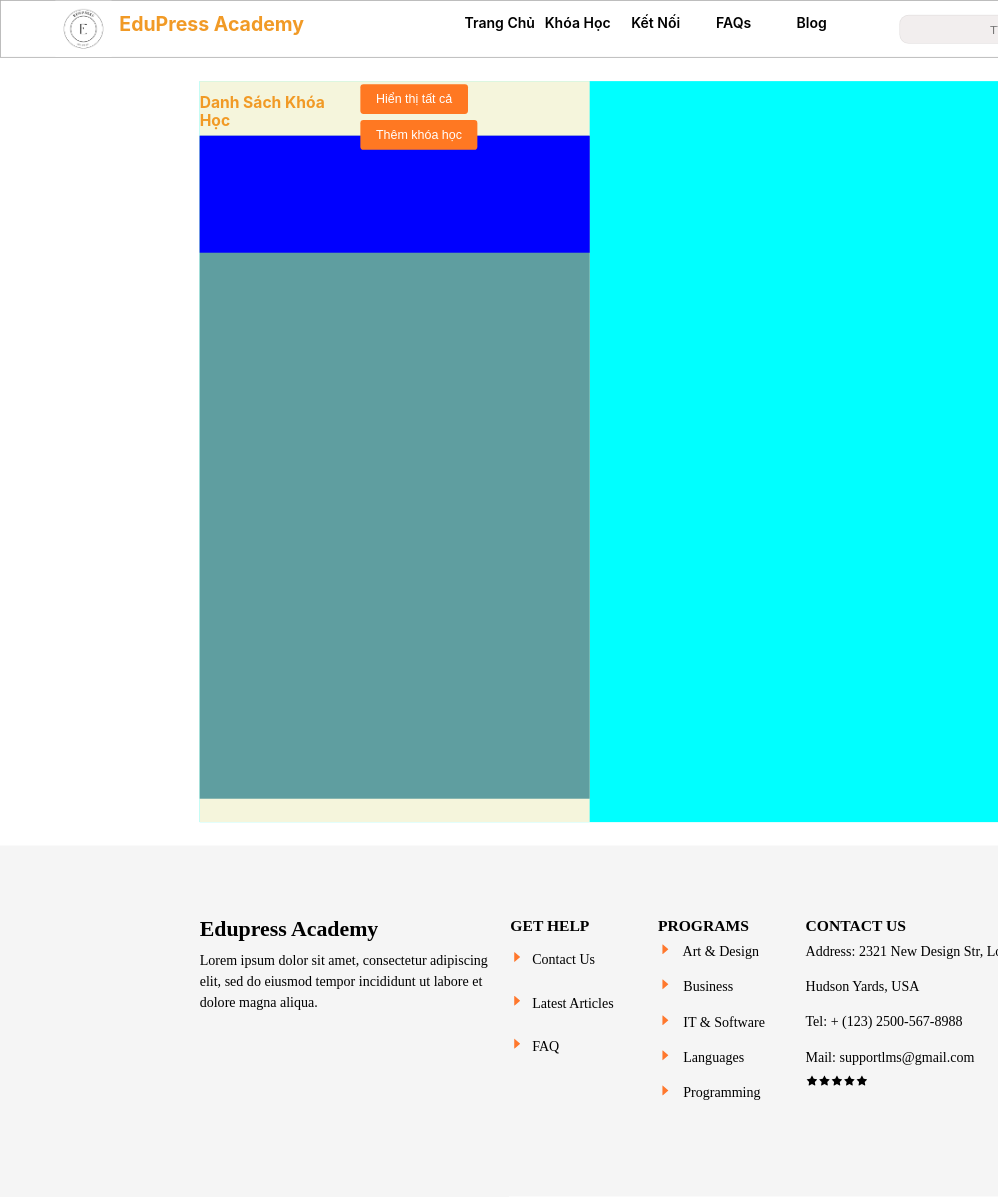
Repository: hieu1802/WebsiteEdupress
Page: /Management (app in my-app/Fontend/)
The author's editor kept a copy of each file at every save. The page is drawn from the files as they stood at one save, then again after the next save.
The browser window is 1280 px wide. The pictures show the whole page, at 78% of full size.
The page's requests for data from a server got no answer. The project was rebuilt for these pictures with package versions that can differ from the ones it lists, and the page was loaded fresh each time. No one was signed in, and anything a server would have sent is missing. Also part of the build but not shown: my-app/Fontend/src/App.css, my-app/Fontend/src/Components/data/topCategories.jsx, my-app/Fontend/src/Components/HomePage/ContainerPage.jsx, my-app/Fontend/src/Components/HomePage/HomePage.jsx, my-app/Fontend/src/Components/Login/Login.css, my-app/Fontend/src/Components/Modal/Modal.css, my-app/Fontend/src/Components/Modal/Modal.jsx, my-app/Fontend/src/Components/Login/Login.jsx and 41 more.

Above is the page before, as saved 2024-11-03 12:46:33.

### my-app/Fontend/src/App.jsx
import logo from "./logo.svg";
import "./App.css";
import HomePage from "./Components/HomePage/HomePage.jsx";
import { BrowserRouter as Router, Routes, Route } from "react-router-dom";
import Login from "./Components/Login/Login";
import Register from "./Components/Register/Register";
import AdminPage from "./Components/AdminPage/AdminPage";
import LostPass from "./Components/LostPass/LostPass";
import CouresPage from "./Components/CouresPage/CouresPage.jsx";
import BlogPage from "./Components/BlogPage/BlogPage.jsx";
import ProtectedRoute from "./Components/ProtectedRoute.jsx";
import InfoCustomer from "./Components/InfoCustomer/InfoCustomer.jsx";
import CourseDetail from "./Course-detail/Coursedetail.js";
import DeleteAccount from "./Components/DeleteAccount/DeleteAccount.jsx";
import ContactPage from "./Components/ContactPage/ContactPage.jsx";
import FAQs from "./Components/FAQs/FAQs.jsx";
import Management from "./Components/Management/Management.jsx";


function App() {
  return (
    <>
      <Router>
        <Routes>
          <Route path="/" element={<HomePage />} />
          <Route path="/login" element={<Login />} />
          <Route path="/register" element={<Register />} />
          <Route path="/Management" element={<Management />} />
          <Route
            path="/admin"
            element={<ProtectedRoute component={AdminPage} />}
          />
          <Route path="/lostPass" element={<LostPass />} />
          <Route path="/CouresPage" element={<CouresPage />} />
          <Route path="/info-customer" element={<InfoCustomer />} />
          <Route path="/BlogPage" element={<BlogPage />} />
          <Route path="/Coursedetail" element={<CourseDetail />} />
          <Route path="/Coursedetail/:id" element={<CourseDetail />} />
          <Route path="/delete-account" element={<DeleteAccount />} />
          <Route path="/ContactPage" element={<ContactPage />} />
          <Route path="/FAQsPage" element={<FAQs />} />
        </Routes>
      </Router>
    </>
  );
}

export default App;

### my-app/Fontend/src/Components/Management/Management.jsx
import React from 'react'
import Header from '../HomePage/Header'
import Footer from '../HomePage/Footer'
import ContainerManagement from './ContainerManagement'
import './Management.css'

function Management() {
  return (
    <>
      <Header/>
      <ContainerManagement/>
      <Footer/>
    </>
  )
}

export default Management

### my-app/Fontend/src/Components/HomePage/Footer.jsx
import React from 'react'
import { AiFillStar,AiFillCaretRight } from "react-icons/ai";

function Footer() {
  return (
    <div className='footerPage'>
        <div className='footerContaier'>
            <div className='footerEdupress'>
                <h2>Edupress Academy</h2>
                <p>Lorem ipsum dolor sit amet, consectetur adipiscing elit, sed do eiusmod tempor incididunt ut labore et dolore magna aliqua.</p>
            </div>
            <div className='footerHelp'>
                <h2>GET HELP</h2>
                <a href='#'><AiFillCaretRight  style={{color:'FF782D', marginRight:'10px'}}/>Contact Us</a>
                <a href='#'><AiFillCaretRight  style={{color:'FF782D', marginRight:'10px'}}/>Latest Articles</a>
                <a href='#'><AiFillCaretRight  style={{color:'FF782D', marginRight:'10px'}}/>FAQ </a>
            </div>
            <div className='footerPrograms'>
                <h2>PROGRAMS</h2>
                <a href='#'><AiFillCaretRight  style={{color:'FF782D', marginRight:'10px'}}/> Art & Design</a>
                <a href='#'><AiFillCaretRight  style={{color:'FF782D', marginRight:'10px'}}/> Business</a>
                <a href='#'><AiFillCaretRight  style={{color:'FF782D', marginRight:'10px'}}/> IT & Software </a>
                <a href='#'><AiFillCaretRight  style={{color:'FF782D', marginRight:'10px'}}/> Languages </a>
                <a href='#'><AiFillCaretRight  style={{color:'FF782D', marginRight:'10px'}}/> Programming </a>
            </div>
            <div className='footerContact'>
                <h2>CONTACT US</h2>
                <p>Address: 2321 New Design Str, Lorem Ipsum10 Hudson Yards, USA</p>
                <p>Tel: + (123) 2500-567-8988<br/>
                Mail: supportlms@gmail.com</p>
                <span><AiFillStar/><AiFillStar/><AiFillStar/><AiFillStar/><AiFillStar/></span>
            </div>
        </div>
    </div>
  )
}

export default Footer

### my-app/Fontend/src/Components/AdminPage/AdminPage.css
.admin {
  font-family: Arial, sans-serif;
  padding: 20px;

  h1 {
    color: #ff7822;
  }

  h2 {
    color: #ff7822;
    margin-top: 30px;
  }

  table.listAcc {
    width: 100%;
    border-collapse: collapse;
    margin-top: 20px;

    th,
    td {
      border: 1px solid #ddd;
      padding: 8px;
      text-align: left;
    }

    th {
      background-color: #ff7822;
      color: white;
    }

    tr:nth-child(even) {
      background-color: #f2f2f2;
    }

    tr:hover {
      background-color: #ddd;
    }

    select {
      padding: 5px;
      border-radius: 4px;
      border: 1px solid #ccc;
    }
  }
}

button {
  background-color: #ff7822;
  color: white;
  border: none;
  padding: 10px 20px;
  text-align: center;
  text-decoration: none;
  display: inline-block;
  font-size: 16px;
  margin: 4px 2px;
  cursor: pointer;
  border-radius: 4px;
}

button:hover {
  background-color: #e56b1f;
}

form {
  margin-top: 20px;

  input[type="text"],
  input[type="password"],
  select {
    width: 100%;
    padding: 12px 20px;
    margin: 8px 0;
    display: inline-block;
    border: 1px solid #ccc;
    border-radius: 4px;
    box-sizing: border-box;
  }

  button {
    width: 100%;
    background-color: #ff7822;
    color: white;
    padding: 14px 20px;
    margin: 8px 0;
    border: none;
    border-radius: 4px;
    cursor: pointer;
  }

  button:hover {
    background-color: #e56b1f;
  }

  .input-group {
    position: relative;

    input[type="password"],
    input[type="text"] {
      padding-right: 40px;
    }

    .toggle-password-visibility {
      position: absolute;
      right: 10px;
      top: 50%;
      transform: translateY(-50%);
      cursor: pointer;
      color: #555;
    }
  }
}

@media (max-width: 480px) {
  .admin {
    padding: 10px;
  }

  table.listAcc {
    font-size: 12px;
  }

  th,
  td {
    padding: 6px;
  }

  .toggle-password-visibility {
    right: 5px;
  }

  form {
    margin-top: 10px;
  }

  input[type="text"],
  input[type="password"],
  select {
    padding: 10px;
    font-size: 14px;
  }

  button {
    padding: 10px 15px;
    font-size: 14px;
  }
}

### my-app/Fontend/src/Components/BlogPage/BlogPage.css
*{
    margin: 0;
    padding: 0;
}

.blogContainer{
    width: 1175px;
    height: 950px;
    margin-left: 20%;
    display: flex;
    margin-top: 30px;
}

.blogMain{
    width: 900px;
    height: 100%;
}

.blogTitle{
    width: 100%;
    height: 80px;
}

.blogTitle > h1{
    font-family: Exo;
    font-size: 36px;
    font-weight: 600;
    line-height: 43.2px;
    text-align: left;
    color: #000;
}

.blogDetail{
    width: 100%;
    height: 850px;
}

.blogImg{
    width: 100%;
    height: 500px;
}

.blogContent{
    width: 100%;
    height: 250px;
    margin-top: 15px;
    margin-bottom: 15px;
}

.blogContent > p{
    font-family: Jost;
    font-size: 18px;
    font-weight: 400;
    line-height: 27px;
    text-align: left;
}

.blogTag{
    width: 100%;
    height: 40px;
    display: flex;
}

.boxTags{
    width: 100px;
    height: 30px;
    border: 1px solid #000;
    text-align: center;
    padding-top: 5px;
    font-size: 16px;
    font-weight: 500;
    margin-right: 10px;
}

.blogSideBar{
    width: 275px;
    height: 800px;
    border: 1px solid #0000003d;
}

.category{
    width: 90%;
    height: 250px;
    margin-left: 10px;
}

.categoryNav{
    display: flex;
    justify-content: space-between;
    margin-bottom: 10px;
}

.buttonAdd{
   font-size: 18px;
   color: red;
   cursor: pointer;
}

.content{
    width: 900px;
    height: 500px;
    position: absolute;
    background-color: rgba(0, 0, 0, 0.9);
    top: 100px;
    left:auto;
    color: aliceblue;
}

.title{
    margin-left: 50px;
}

.formInput{
    width: 50% !important;
    height: 30px !important;
    margin-left:25px !important ;
    margin-bottom: 30px !important;
}

.textInput{
    width: 50%;
    height: 200px;
    margin-left: 10px;
}

.imgInput{
    margin-left: 15px;
    margin-top: 30px;
    margin-bottom: 30px;
}
.category > h4{
    font-family: Exo;
    font-size: 20px;
    font-weight: 600;
    line-height: 24px;
    text-align: left;
    margin-bottom: 20px;
}

.cateBox{
    width: 100%;
    height: 30px;
    display: flex;
    justify-content: space-between;

}

.boxRecent{
    width: 90%;
    height: 350px;
    margin-left: 10px;
}

.boxRecent > h4{
    font-family: Exo;
    font-size: 20px;
    font-weight: 600;
    line-height: 24px;
    text-align: left;
}

.articles{
    width: 100%;
    height: 90px;
    display: flex;
    margin: 0;
    margin-top: 15px;
    cursor: pointer;
}

.articlesImg{
    width: 40%;
    height: 100%;
}

.articlesImg > img{
    width: 100%;
    height: 100%;
}

.articlesContents{
    width: 60%;
    height: 90px;

}

.articlesContents > p{
    font-family: Jost;
    font-size: 16px;
    font-weight: 500;
    line-height: 24px;
    text-align: left;
    margin-left: 5px;
    margin-top: 5px;
}

.tags{
    width: 90%;
    height: 150px;
    margin-left: 10px;
    margin-top: 10px;
}

.tags > h4{
    font-family: Exo;
    font-size: 20px;
    font-weight: 600;
    line-height: 24px;
    text-align: left;
    margin-bottom: 10px;
}

.hastag{
    width: 100%;
    height: 100px;
    display: grid;
    grid-template-columns: 1fr 1fr;
}

### my-app/Fontend/src/Components/ContactPage/Contact.css
*{
    margin: 0;
    padding: 0;
}

.contactContainer{
    width: 1175px;
    height: 900px;
    margin-left: 20%;
    margin-top: 30px;
}

.contactBox{
    width: 100%;
    height: 450px;
    display: flex;
}

.contactInf{
    width: 400px;
    height: 300px;
}
.contactInf > h1{
    font-family: Exo;
    font-size: 36px;
    font-weight: 600;
    line-height: 43.2px;
    text-align: left;
    color: #000;
}

.info{
    width: 100%;
    height: 200px;
    margin-top: 30px;
}

.info > p{
    font-family: Jost;
    font-size: 18px;
    font-weight: 400;
    line-height: 27px;
    text-align: left;
}

.infoPhone{
    width: 250px;
    height: 50px;
    margin-top: 15px;
    display: flex;
}

.iconsInfo{
    width: 60px;
    height: 50px;
}

.iconsInfo > img{
    width: 100%;
    height: 100%;
}

.textInfo{
    width: 180px;
    height: 50px;
    margin-left: 10px;
    display: flex;
    flex-direction: column;
    justify-content: space-between;
}

.contactMap{
    width: 700px;
    height: 450px;
    margin-left: 30px;
    border-radius: 20px;
}

.contactMap > img{
    width: 100%;
    height: 100%;
    border-radius: 20px;
}

.contactUs{
    width: 100%;
    height: 400px;
    margin-top: 150px;
}

### my-app/Fontend/src/Components/FAQs/FAQs.css
*{
    padding: 0;
    margin: 0;
}

.ContainerFAQs{
    width: 1175px;
    height: 600px;
    margin-left: 20%;
    margin-top: 30px;
}

.ContainerFAQs > p{
    font-size: 16px;
    margin-top: 10px;
    margin-bottom: 10px;

}

.ContainerFAQs > img {
    width: 100%;
    height: 100%;
}

### my-app/Fontend/src/Components/Management/ContainerManagement.jsx
import React from 'react'
import ManagementCourse from './ManagementCourse'


function ContainerManagement() {
  return (
    <div className='managementContainer'>
      <ManagementCourse/>
    </div>
  )
}

export default ContainerManagement

### my-app/Fontend/src/Components/Management/Management.css
*{
    margin: 0;
    padding: 0;
}

.managementContainer{
    width: 1175px;
    height: 950px;
    margin-left: 20%;
    display: flex;
    margin-top: 30px;
    background-color: aqua;
}

.managementCourseContainer{
    width: 500px;
    height: 950px;
    background-color: beige;
}

.courseTitle{
    width: 100%;
    height: 50px;
    display: flex;
    justify-content: space-between;
}

.courseTitle > h3{
    font-size: 20px;
}

.courseMain{
    width: 100%;
    height: 850px;
    background-color: cadetblue;
    margin-top: 20px;
}

.boxCourse{
    width: 500px;
    height: 150px;
    background-color: blue;
    display: flex;
}

### my-app/Fontend/src/Components/data/FeaturedCoursesDaa.jsx
import img04 from "../img/img04.png";
import img05 from "../img/img05.png";
import img06 from "../img/img06.png";
import img07 from "../img/img07.png";
import img08 from "../img/img08.png";
import img09 from "../img/img09.png";

const topCourses = [
  {
    id: 1,
    img: img04,
    time: '2',
    student: '50',
    price: '4.000.000đ',
    sale: '2.000.000đ',
    lessons: '20',
    author: 'Christopher',
    courseName: 'Create an LMS Website with LearnPress'

  },
  {
    id: 2,
    img: img05,
    time: '3',
    student: '60',
    price: '5.000.000đ',
    sale: '2.500.000đ',
    lessons: '10',
    author: 'James',
    courseName: 'Create an CSS Website '
  },
  {
    id: 3,
    img: img06,
    time: '4',
    student: '90',
    price: '7.000.000đ',
    sale: '3.000.000đ',
    lessons: '25',
    author: 'Rebecca',
    courseName: 'Create an HTML Website '
  },
  {
    id: 4,
    img: img07,
    time: '2',
    student: '60',
    price: '6.000.000đ',
    sale: '3.500.000đ',
    lessons: '15',
    author: 'Jennifer',
    courseName: 'Create an CSS and REACT Website '
  },
  {
    id: 5,
    img: img08,
    time: '2',
    student: '70',
    price: '8.000.000đ',
    sale: '4.000.000đ',
    lessons: '24',
    author: 'Matthew',
    courseName: 'Create an REACT and SCSS Website '
  },
  {
    id: 6,
    img: img09,
    time: '2',
    student: '80',
    price: '9.000.000đ',
    sale: '6.000.000đ',
    lessons: '26',
    author: 'Daniel',
    courseName: 'Create an HTML and SCSS Website '
  },
];

export { topCourses }

### my-app/Fontend/src/Components/CouresPage/Container.css
*{
    margin: 0;
    padding: 0;
}

.container{
    width: 1175px;
    height: 1800px;
    margin-left: 20%;
    display: flex;
}

.boxProduct{
    width: 880px;
    height: 100%;
    padding-left:20px;
}

.boxProduct > h2{
    font-family: Exo;
    font-size: 36px;
    font-weight: 600;
    line-height: 43.2px;
    text-align: left;
}

.boxContent{
    width: 800px;
    height: 250px;
    margin-top: 30px;
    display: flex;
    border-radius: 20px 0 0 20px;
    border: 1px solid #00000048;
}

.boxImg{
    width: 300px;
    height: 100%;
}
.boxImg > img{
    width: 100%;
    height: 100%;
    border-radius: 20px 0 0 20px;
}

.boxTexT{
    width: 500px;
    height: 100%;
}

.text{
    width: 420px;
    height: 150px;
    display: flex;
    margin-left: 30px;
    flex-direction: column;
    justify-content: space-between;
}

.text > h4{
    margin-top: 10px;
    font-family: Jost;
    font-size: 24px;
    font-weight: 400;
    line-height: 24px;
    text-align: left;
}

.text > h5{
    font-family: Exo;
    font-size: 20px;
    font-weight: 600;
    line-height: 24px;
    text-align: left;
}

.iconsValue{
    width: 100%;
    height: 40px;
    display: flex;
    justify-content: space-between;
}

.icons{
    color: rgba(241, 152, 34, 0.979);
    font-size: 24px;
    margin-top: 8px;
}
.iconsValue> span{
    font-size: 18px;
}

.boxPrice{
    width: 100%;
    height: 50px;

    margin-top: 50px;
    display: flex;
    justify-content: space-between;
}

.priceBox{
    width: 280px;
    height: 100%;
    display: flex;
}

.priceBox > p{
    text-decoration: line-through;
    color: var(--Grey, #9D9D9D);
    font-weight: 700;
    margin-right: 10px;
    margin-left: 30px;
    font-size: 20px;
}

.priceBox > span{
    color: green;
    font-weight: 700;
    font-size: 20px;
}

.btnClick{
    width: 180px;
    height: 40px;
    border-radius: 24px;
    border: 1px solid #000;
    cursor: pointer;
    margin-right: 20px;
}

.btnClick > p{
    text-align: center;
    margin-top: 8px;
    font-weight: 600;
    color: red;
}

.btnClick:hover{
    background-color: red;
}

.btnClick > p:hover{
    color: #fff;
}

.boxSearch{
    width: 300px;
    height: 90%;
    background-color: beige;
}

.boxSearch > h2{
    font-family: Exo;
    font-size: 36px;
    font-weight: 600;
    line-height: 43.2px;
    text-align: left;
}

.searchValue{
    width: 100%;
    height: 500px;
    margin-top: 20px;
}

.searchValue > p{
    font-family: Exo;
    font-size: 24px;
    font-weight: 600;
    line-height: 43.2px;
    text-align: left;
    margin-bottom: 30px;
}

### my-app/Fontend/src/Course-detail/RegisterCourse.css
*{
    margin: 0;
    padding: 0;
}



.registration-form {
    position: relative;
    height: fit-content;
    padding: 20px;
    margin-left: 222px;
    display: flex;
    border: 1px solid black;
    width: 600px;
    flex-direction: column;

}

.registration-form label input {
    font-size: 25px;
    margin-left: 13px;
    border: none;
    border-bottom: 1px solid gray;
    width: 50%;
    height: 30px;
}


input:focus {
    outline: none;
}

.registration-form label {
    font-size: 25px;
}

.registration-form h2 {
    text-align: center;
}

.sale-course-price {
    font-size: 25px;
    margin: 15px 0 15px 0;
    width: fit-content;
}

.sale-price-form {
    margin-bottom: 20px;

    display: flex;
    justify-content: start;
}

.original-form-price {
    width: 600px;
    align-items: baseline;
    border-bottom: 3px solid black;
}

.phone-register-course {
    height: 30px;
    margin-top: 8px;
}

.payment-logo {
    display: flex;
    justify-content: space-around;
}

.payment-logo span {
    width: fit-content;
    cursor: pointer;
    border: 1px solid gray;


}

.payment-logo img {
    width: 100px;
    height: 100px;

}

.qr-code {

    width: fit-content;
    height: fit-content;
}

.qr-code img {
    width: 100%;
    height: 100%;
}

.original-priceS{
    text-decoration: line-through;
    color: #999;
    margin-right: 10px;
    font-size: 20px;
    margin-left: 10px;
    font-weight: 600;
}

.all-price > span{
    color: green;
    font-weight: 700;
}

.imgQr{
    width: 400px;
    height: 400px;
    margin-left: 30%;
}

### my-app/Fontend/src/Components/Management/ManagementCourse.jsx
import React, { useEffect, useState } from 'react';
import {
  AiFillSignal,
  AiOutlineUserAdd,
  AiOutlineClockCircle,
  AiFillBook
} from "react-icons/ai";
import { Link } from 'react-router-dom';
import axios from 'axios';

function ManagementCourse() {
  const [courses, setCourses] = useState([]);

    useEffect(() => {
        axios.get('http://localhost:8080/api/v1/courses')
            .then(response => {
                setCourses(response.data);
            })
            .catch(error => {
                console.error('There was an error fetching the courses!', error);
            });
    }, []);
  return (
    <div className='managementCourseContainer'>
        <div className='courseTitle'>
            <h3>Danh Sách Khóa Học</h3>
            <div>
              <button>Hiển thị tất cả</button>
              <button>Thêm khóa học</button>
            </div>
        </div>
        <div className='courseMain'>
            <div className='boxCourse'>
                <div className='CourseImg'>

                </div>
            </div>
        </div>
    </div>
  )
}

export default ManagementCourse

Loaded but not shown: my-app/Fontend/public/index.html (common file); my-app/Fontend/src/index.js (common file); my-app/Fontend/src/index.css (common file); my-app/Fontend/src/reportWebVitals.js (common file); my-app/Fontend/src/Components/HomePage/HomePage.css (871 lines, source omitted); my-app/Fontend/src/Components/HomePage/Header.jsx (141 lines, source omitted)

After the next save:
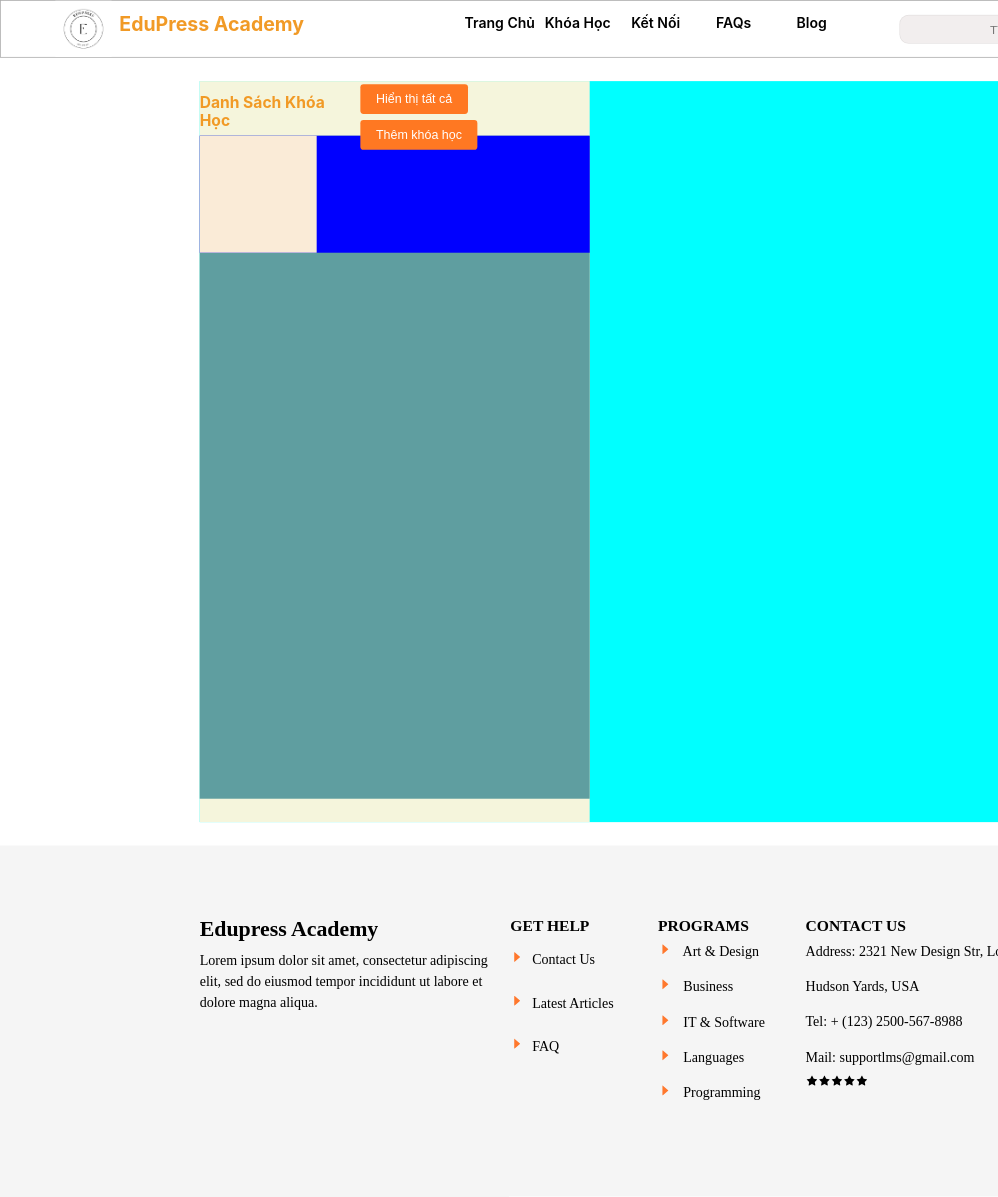
Saved 26 s later.
--- a/my-app/Fontend/src/Components/Management/Management.css
+++ b/my-app/Fontend/src/Components/Management/Management.css
@@ -42,3 +42,9 @@
     background-color: blue;
     display: flex;
 }
+
+.CourseImg{
+    width: 150px;
+    height: 100%;
+    background-color: antiquewhite;
+}
